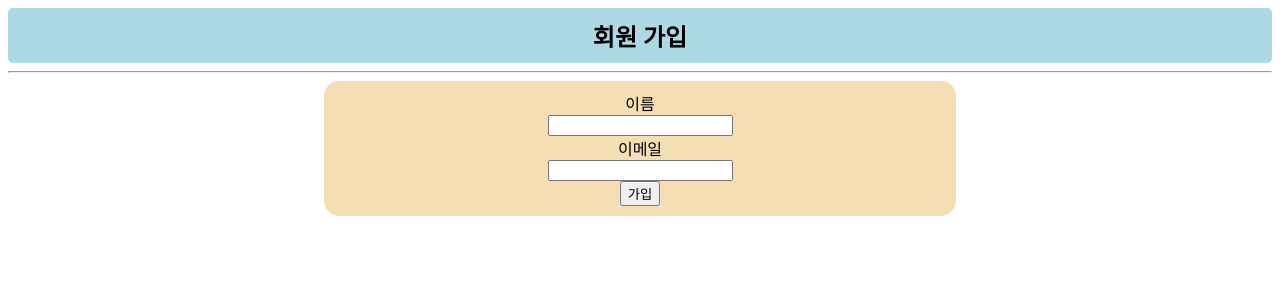
Repository: ineble/demo1
Page: test/src/main/webapp/ch03/regfrom1.html
An editor plug-in stored every save of this project. The page is shown before and after the next save, followed by the edit.
The browser window is 1280 px wide. The pictures show the whole page.

Above is the page before, as saved 2022-08-02 15:35:19.

### test/src/main/webapp/ch03/regfrom1.html
<!DOCTYPE html>
<html>
<head>
<meta charset="utf-8">
<title>Insert title here</title>
<style type="text/css">
	h2 {
	text-align: center;
	width : 100%;
	padding : 10px 0px;
	border-radius : 5px;
	background-color: lightblue;
	margin : auto;
	}
	#regform{
		text-align: center;
		background-color: wheat;
		width : 50%;
		border-radius : 15px;
		margin : auto;
		padding : 10px 0px;
	}
</style>
</head>
<body>
	<h2>회원 가입</h2>
	<hr>
	<div id="regform">
	<label>이름</label> <br>
	<input type="text" name="name"> <br>
	<label>이메일</label> <br>
	<input type="email" name="email"> <br>
	<input type="button" value="가입">
	</div>
</body>
</html>

After the next save:
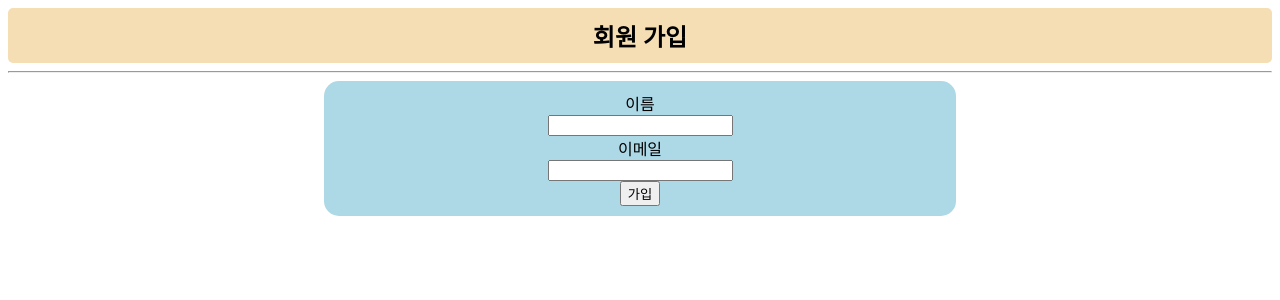
Saved 13 s later.
--- a/test/src/main/webapp/ch03/regfrom1.html
+++ b/test/src/main/webapp/ch03/regfrom1.html
@@ -9,12 +9,12 @@
 	width : 100%;
 	padding : 10px 0px;
 	border-radius : 5px;
-	background-color: lightblue;
+	background-color:  wheat;
 	margin : auto;
 	}
 	#regform{
 		text-align: center;
-		background-color: wheat;
+		background-color: lightblue;
 		width : 50%;
 		border-radius : 15px;
 		margin : auto;
